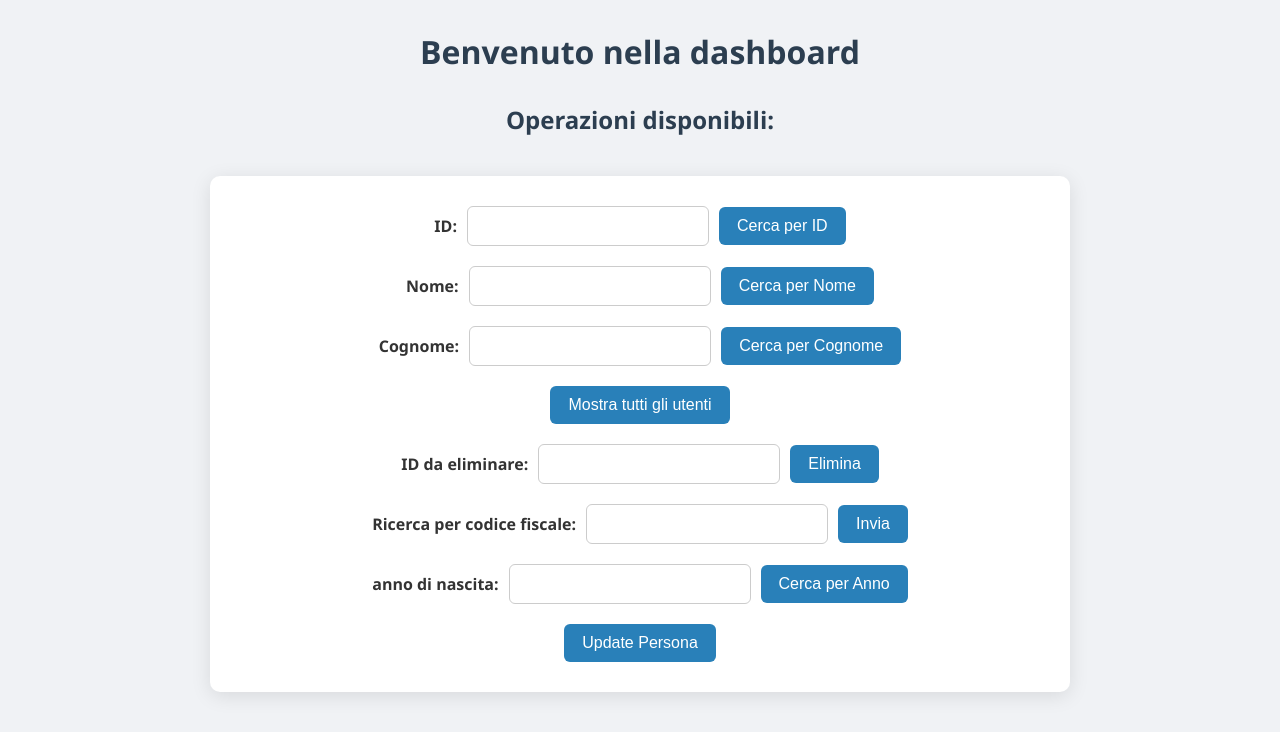
Repository: PcarloP/java_se
Page: http://localhost/anagraficaweb/dashboard.jsp
These files come from the project's save history. The page is drawn as it stood at one moment and after the next save; the edit follows.
The browser window is 1280 px wide. The pictures show the whole page.
The page is served by Tomcat 10. Other server files are loaded and not shown.

Above is the page before, as saved 2025-06-22 21:43:36.

### anagraficaweb/WebContent/dashboard.jsp
<%@ page language="java" contentType="text/html; charset=UTF-8"%>
<!DOCTYPE html>
<html lang="it">
<head>
<meta charset="UTF-8">
<title>Dashboard</title>
<link rel="stylesheet"
	href="<%=request.getContextPath()%>/dashboard.css">
</head>

<body>
	<h1>Benvenuto nella dashboard</h1>
	<h2>Operazioni disponibili:</h2>


	<div class="forms-container">
		<!-- chiamata alla servlet del metodo  findById con metodo GET-->
		<form action="<%=request.getContextPath() + "/findById"%>"
			method="get">
			<label>ID:</label> <input type="text" name="id" required />
			<button type="submit">Cerca per ID</button>
		</form>


		<!-- chiamata alla servlet del metodo  findByNome con metodo GET-->
		<form action="<%=request.getContextPath() + "/findByNome"%>"
			method="get">
			<label>Nome:</label> <input type="text" name="nome" required />
			<button type="submit">Cerca per Nome</button>
		</form>


		<!-- chiamata alla servlet del metodo  findByCognome con metodo GET -->
		<form action="<%=request.getContextPath() + "/findByCognome"%>"
			method="get">
			<label>Cognome:</label> <input type="text" name="cognome" required />
			<button type="submit">Cerca per Cognome</button>
		</form>


		<!-- chiamata alla servlet del metodo  findAll con metodo GET-->
		<form action="<%=request.getContextPath() + "/findAll"%>" method="get">
			<button type="submit">Mostra tutti gli utenti</button>
		</form>


		<!-- chiamata alla servlet del metodo delete con metodo GET -->
		<form action="<%=request.getContextPath() + "/delete"%>" method="get">
			<label>ID da eliminare:</label> <input type="text" name="id" required />
			<button type="submit">Elimina</button>
		</form>


		<!--  chiamata alla servlet del metodo FindByCf con metodo GET-->
		<form action="<%=request.getContextPath() + "/findByCf"%>"
			method="get">
			<label> Ricerca per codice fiscale: </label> <input type="text"
				name=codicefiscale required />
			<button type="submit">Invia</button>
		</form>


        <!--  chiamata alla servlet del metodo FindByAnno con metodo GET-->
        <form action="<%=request.getContextPath() + "/findbyanno"%>"
			method="get">
			<label>anno di nascita:</label> <input type="text" name="annoNascita" required />
			<button type="submit">Cerca per Anno</button>
		</form>



<!-- Form per aggiornare una persona -->
<div style="text-align: center; margin-top: 20px;">
  <button type="button"
          class="button-link"
          onclick="window.location.href='<%=request.getContextPath()%>/updatesetter.jsp'">
      Update Persona
  </button>
</div>









	</div>
</body>
</html>

### anagraficaweb/WebContent/dashboard.css
body {
    font-family: 'Segoe UI', Tahoma, Geneva, Verdana, sans-serif;
    background-color: #f0f2f5;
    color: #333;
    margin: 0;
    padding: 0;
}


h1, h2 {
    text-align: center;
    color: #2c3e50;
    margin-top: 30px;
}


.forms-container {
    width: 90%;
    max-width: 800px;
    margin: 40px auto;
    padding: 30px;
    background-color: #ffffff;
    border-radius: 10px;
    box-shadow: 0 4px 20px rgba(0, 0, 0, 0.1);
}


form {
    display: flex;
    flex-wrap: wrap;
    align-items: center;
    justify-content: center;
    margin-bottom: 20px;
    gap: 10px;
}

label {
    font-weight: bold;
}

input[type="text"],
input[type="number"] {
    padding: 10px;
    width: 220px;
    border: 1px solid #ccc;
    border-radius: 6px;
    font-size: 1em;
    transition: border-color 0.3s ease;
}

input[type="text"]:focus,
input[type="number"]:focus {
    border-color: #2980b9;
    outline: none;
}

button {
    padding: 10px 18px;
    background-color: #2980b9;
    color: white;
    border: none;
    border-radius: 6px;
    font-size: 1em;
    cursor: pointer;
    transition: background-color 0.3s ease;
}

button:hover {
    background-color: #1c5980;
}

After the next save:
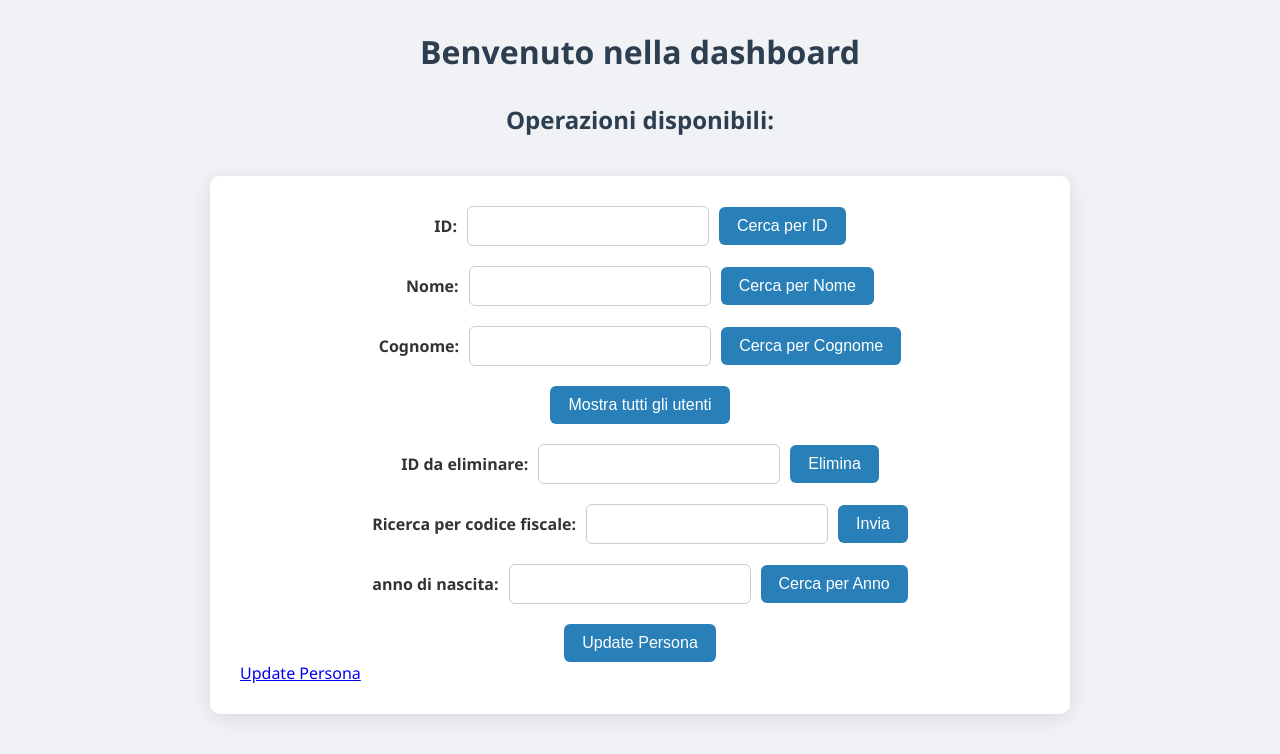
Saved 7 min 56 s later.
--- a/anagraficaweb/WebContent/dashboard.jsp
+++ b/anagraficaweb/WebContent/dashboard.jsp
@@ -79,7 +79,7 @@
 </div>
 
 
-
+<a href="<%=request.getContextPath()%>/update" class="button-link">Update Persona</a>
 
 
 
